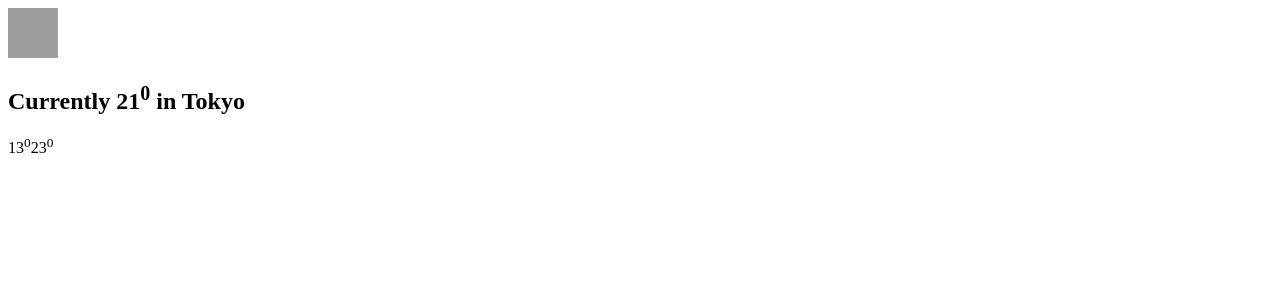
Repository: VickyJacob23/SheCode
Page: firstCode/weatherAppHomeWork.html
An editor plug-in stored every save of this project. The page is shown before and after the next save, followed by the edit.
The browser window is 1280 px wide. The pictures show the whole page.
Pictures or frames that could not be fetched are drawn as grey boxes.

Above is the page before, as saved 2024-08-26 23:11:13.

### firstCode/weatherAppHomeWork.html
<!DOCTYPE html>
<html lang="en">
<head>
    <meta charset="UTF-8">
    <meta name="viewport" content="width=device-width, initial-scale=1.0">
    <title>Demo WeatherAPP</title>
</head>
<body>
    <div class="container">
        <section class="title">
            <img src="/9004726_cloud_weather_storage_forecast_icon.svg" alt="forecast" width="50" height="50">
            <h1>Currently 21<sup>0</sup> in Tokyo</h1>
            <p>13<sup>0</sup><span>23<sup>0</sup></span></p>
        </section>
        <section>
            <di☁️☁Tomorrow</div>
        </section>
    </div>
</body>
</html>

After the next save:
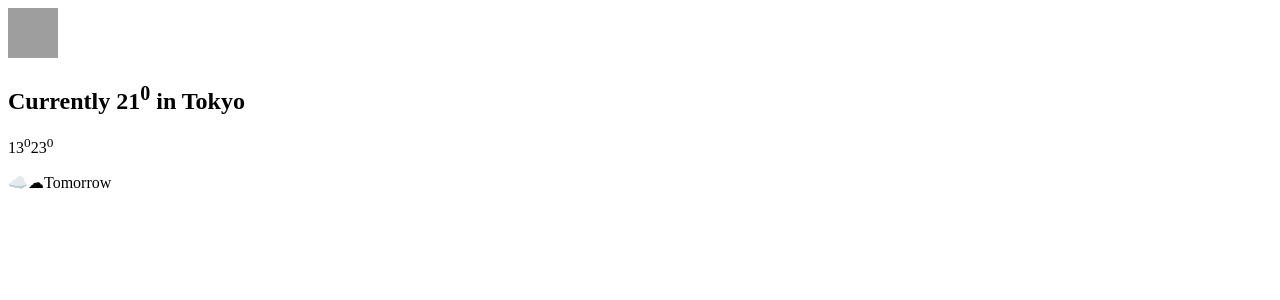
Saved 14 s later.
--- a/firstCode/weatherAppHomeWork.html
+++ b/firstCode/weatherAppHomeWork.html
@@ -13,7 +13,7 @@
             <p>13<sup>0</sup><span>23<sup>0</sup></span></p>
         </section>
         <section>
-            <di☁️☁Tomorrow</div>
+            <div>☁️☁Tomorrow</div>
         </section>
     </div>
 </body>
